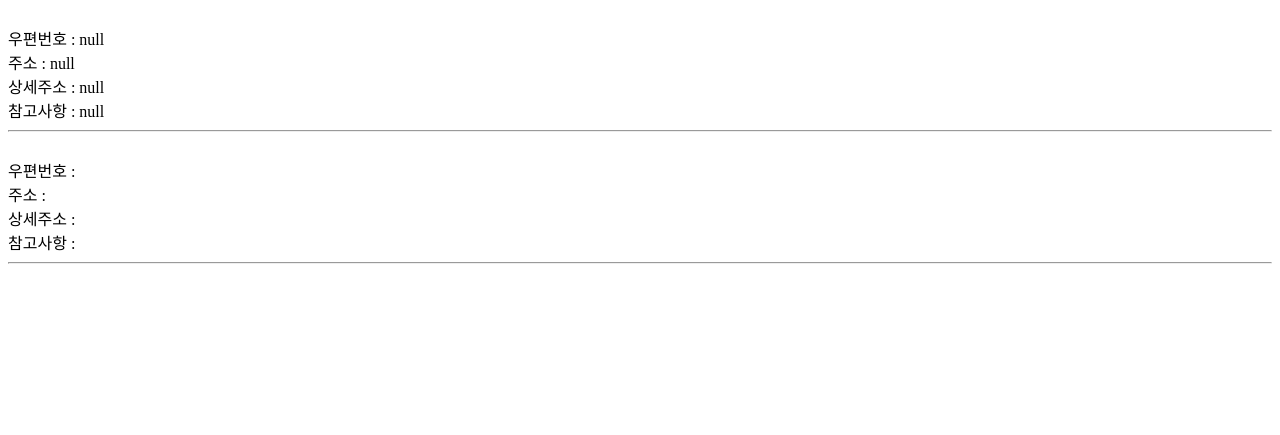
Repository: zhyuk/FullStackStudy
Page: http://localhost/jspthree/19_01_daumResult.jsp
These files come from the project's save history. The page is drawn as it stood at one moment and after the next save; the edit follows.
The browser window is 1280 px wide. The pictures show the whole page.
The page is served by Tomcat 9. Other server files are loaded and not shown.

Above is the page before, as saved 2024-09-03 07:02:52.

### jsp/jspwork/jspthree/src/main/webapp/19_01_daumResult.jsp
<%@ page language="java" contentType="text/html; charset=UTF-8"
    pageEncoding="UTF-8"%>
<!DOCTYPE html>
<html>
<head>
<meta charset="UTF-8">
<title>Insert title here</title>
</head>
<body>
<br>우편번호 : <%= request.getParameter("zipcode") %>
<br>주소 : <%= request.getParameter("address1") %>
<br>상세주소 : <%= request.getParameter("address2") %>
<br>참고사항 : <%= request.getParameter("comment") %>
<hr>
<br>우편번호 : ${param.zipcode}
<br>주소 :  ${param.address1}
<br>상세주소 : ${param.address2}
<br>참고사항 :  ${param.comment}
<hr>
<jsp:useBean id="add" class="com.dto.AddrVO"/>
</body>
</html>

### jsp/jspwork/jspthree/src/main/java/com/dto/AddrVO.java
package com.dto;

public class AddrVO {
	private String zipcode;
	private String address1;
	private String address2;
	private String comment;

	public String getZipcode() {
		return zipcode;
	}
	public void setZipcode(String zipcode) {
		this.zipcode = zipcode;
	}
	public String getAddress1() {
		return address1;
	}
	public void setAddress1(String address1) {
		this.address1 = address1;
	}
	public String getAddress2() {
		return address2;
	}
	public void setAddress2(String address2) {
		this.address2 = address2;
	}
	public String getComment() {
		return comment;
	}
	public void setComment(String comment) {
		this.comment = comment;
	}


}

After the next save:
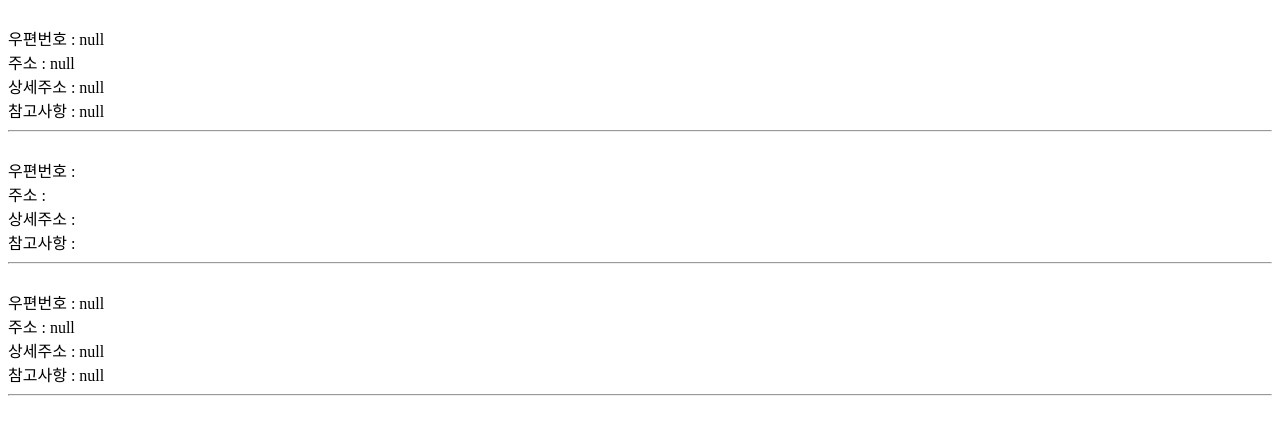
Saved 2 min 24 s later.
--- a/jsp/jspwork/jspthree/src/main/webapp/19_01_daumResult.jsp
+++ b/jsp/jspwork/jspthree/src/main/webapp/19_01_daumResult.jsp
@@ -18,5 +18,11 @@
 <br>참고사항 :  ${param.comment}
 <hr>
 <jsp:useBean id="add" class="com.dto.AddrVO"/>
+<jsp:setProperty property="*" name="add"/>
+<br>우편번호 : <jsp:getProperty property="zipcode" name="add"/>
+<br>주소 : <jsp:getProperty property="address1" name="add"/>
+<br>상세주소 : <jsp:getProperty property="address2" name="add"/>
+<br>참고사항 : <jsp:getProperty property="comment" name="add"/>
+<hr>
 </body>
 </html>
